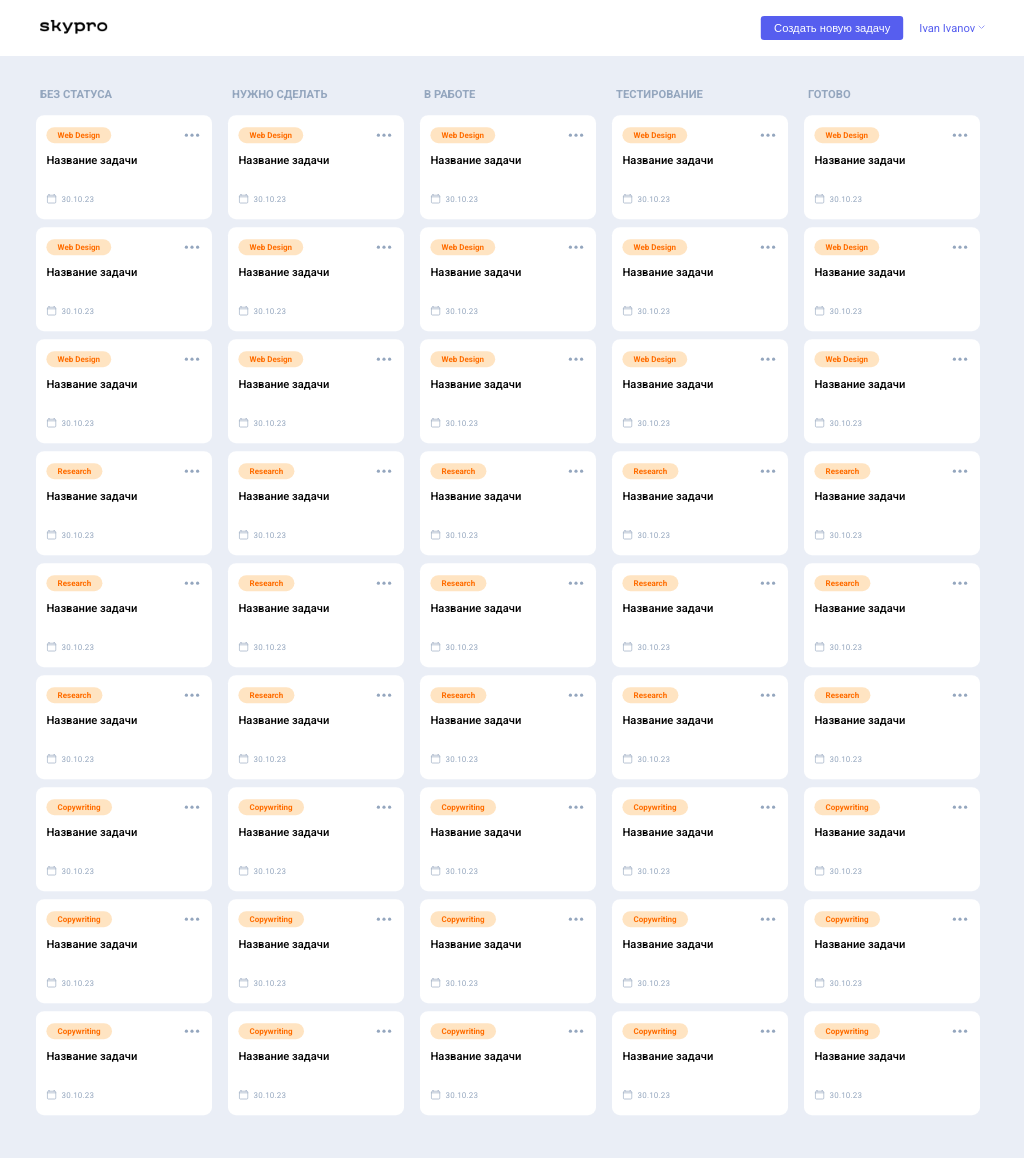
Repository: Olchik-resh/skypro-kanban
Page: /
These files come from the project's save history. The page is drawn as it stood at one moment and after the next save; the edit follows.
The browser window is 1280 px wide. The pictures show the whole page, at 80% of full size.
The project was rebuilt for these pictures with package versions that can differ from the ones it lists, and the page was loaded fresh each time. Also part of the build but not shown: vite.config.js.

Above is the page before, as saved 2025-07-28 17:42:46.

After the next save:
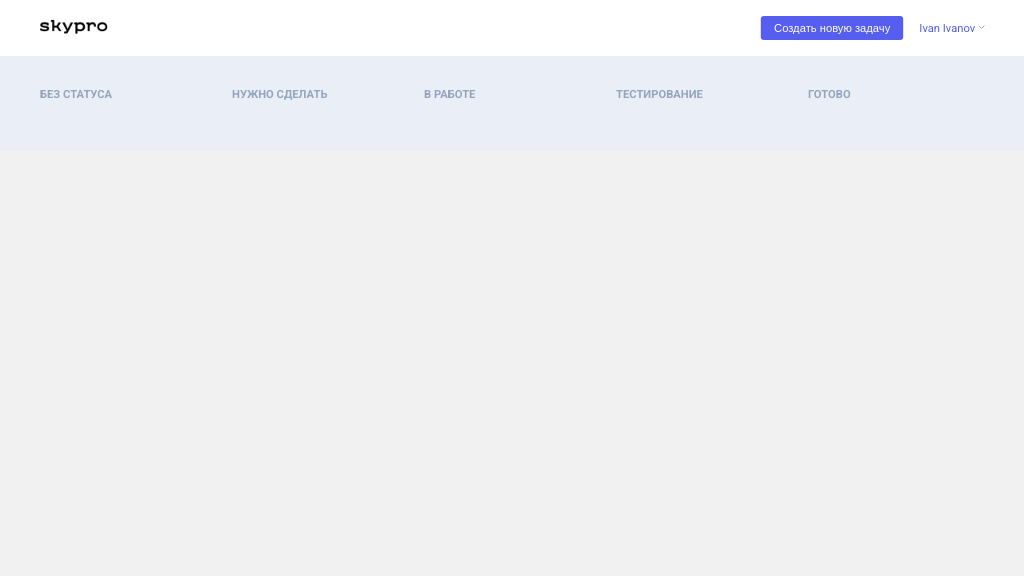
Saved 9 min 22 s later.
--- a/src/components/TaskCard.vue
+++ b/src/components/TaskCard.vue
@@ -56,18 +56,18 @@
 </template>
 
 <script setup>
-import { getTasks } from './mokcs/tasks.js'
-import { onMounted, ref } from 'vue'
-const tasks = ref([])
-onMounted(() => {
-  tasks.value = getTasks()
-})
-defineProps({
-  topic: String,
-  title: String,
-  date: String,
-  status: String,
-})
+// import { getTasks } from './mokcs/tasks.js'
+// import { onMounted, ref } from 'vue'
+// const tasks = ref([])
+// onMounted(() => {
+//   tasks.value = getTasks()
+// })
+// defineProps({
+//   topic: String,
+//   title: String,
+//   date: String,
+//   status: String,
+// })
 </script>
 
 <style lang="scss" scoped></style>

After the save that followed:
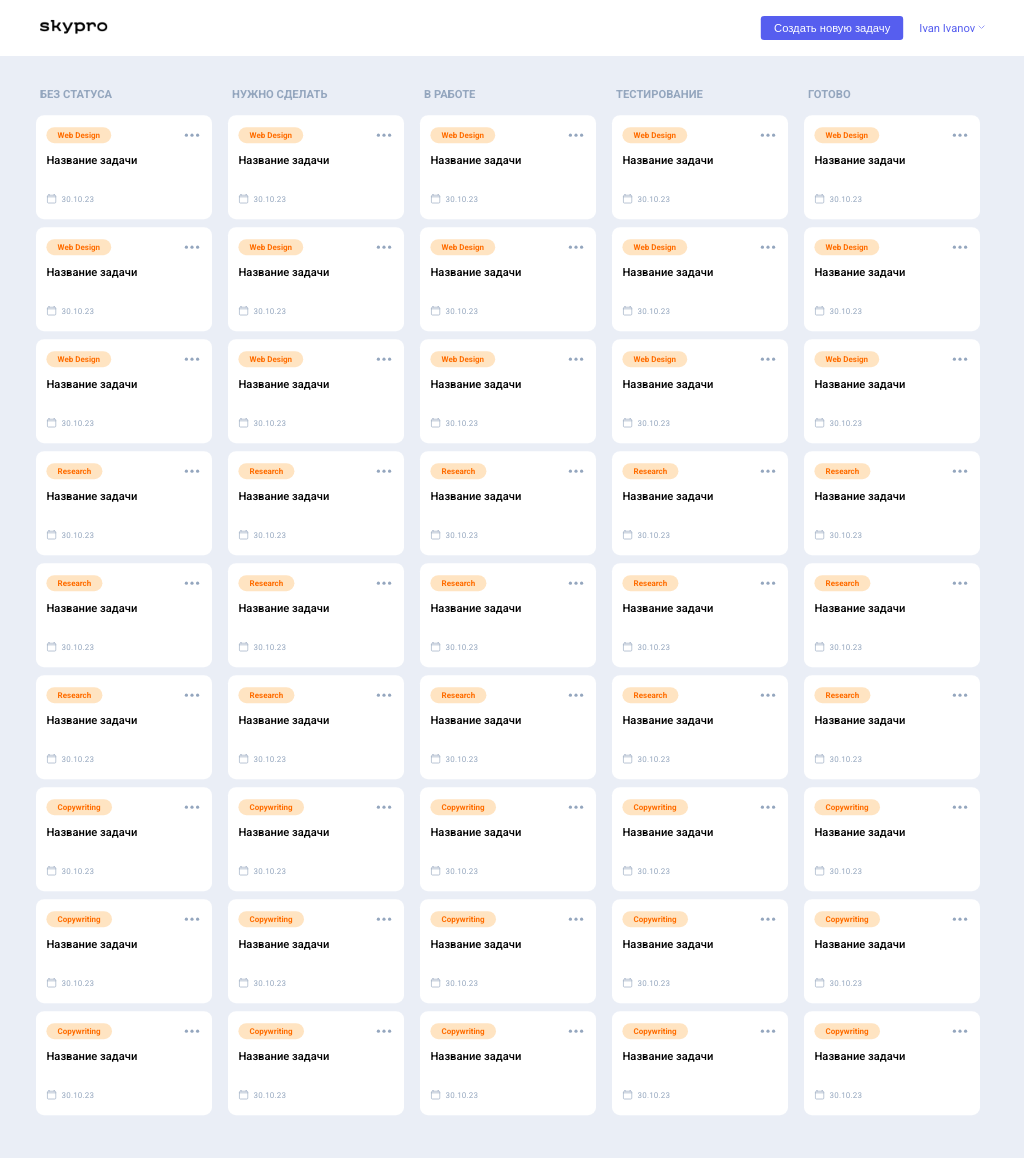
Saved 10 s later.
--- a/src/components/TaskCard.vue
+++ b/src/components/TaskCard.vue
@@ -56,18 +56,18 @@
 </template>
 
 <script setup>
-// import { getTasks } from './mokcs/tasks.js'
-// import { onMounted, ref } from 'vue'
-// const tasks = ref([])
-// onMounted(() => {
-//   tasks.value = getTasks()
-// })
-// defineProps({
-//   topic: String,
-//   title: String,
-//   date: String,
-//   status: String,
-// })
+import { getTasks } from './mokcs/tasks.js'
+import { onMounted, ref } from 'vue'
+const tasks = ref([])
+onMounted(() => {
+  tasks.value = getTasks()
+})
+defineProps({
+  topic: String,
+  title: String,
+  date: String,
+  status: String,
+})
 </script>
 
 <style lang="scss" scoped></style>
